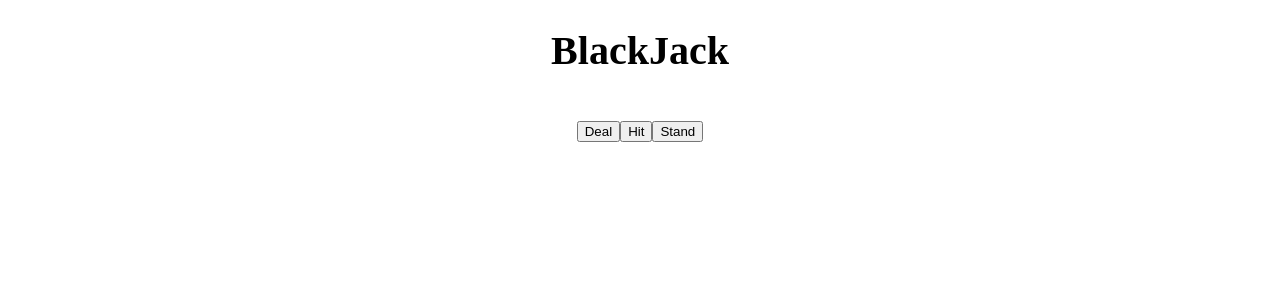
Repository: oldens/blackjack
Page: index.html
The author's editor kept a copy of each file at every save. The page is drawn from the files as they stood at one save, then again after the next save.
The browser window is 1280 px wide. The pictures show the whole page.

Above is the page before, as saved 2025-02-01 14:26:38.

After the next save:
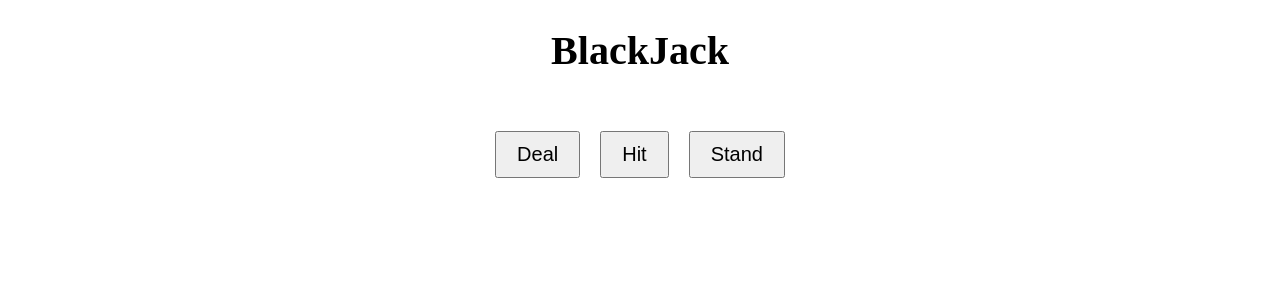
Saved 7 s later.
--- a/index.html
+++ b/index.html
@@ -9,9 +9,9 @@
   <body>
     <h1>BlackJack</h1>
     <div class="buttons_container">
-      <button id="deal">Deal</button>
-      <button id="hit">Hit</button>
-      <button id="stand">Stand</button>
+      <button id="deal" class="button">Deal</button>
+      <button id="hit" class="button">Hit</button>
+      <button id="stand" class="button">Stand</button>
     </div>
 
     <script type="module" src="./app.js"></script>
